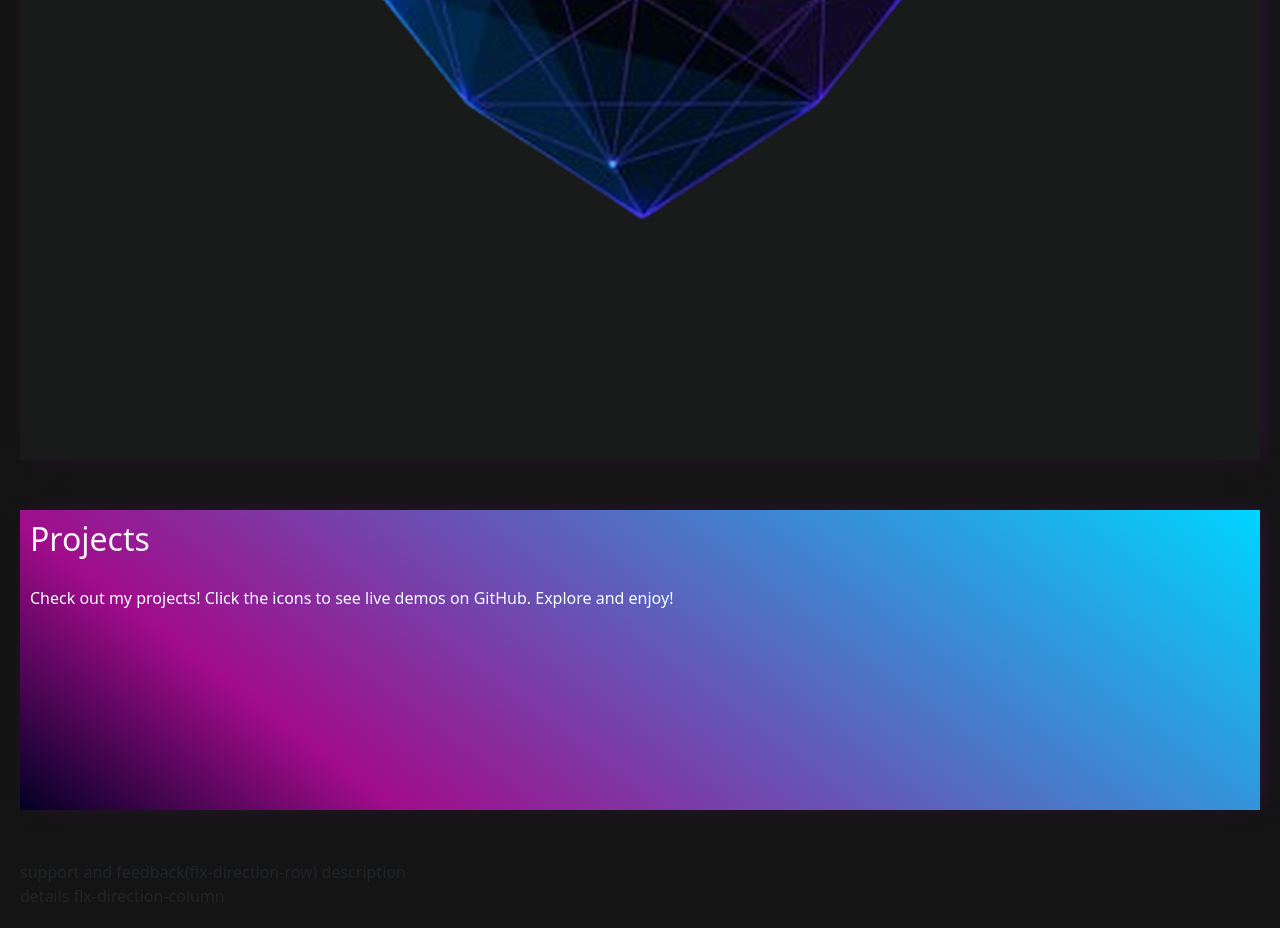
Repository: Sebastiand22/portfolio
Page: index.html
These files come from the project's save history. The page is drawn as it stood at one moment and after a run of saves; the edit follows.
The browser window is 1280 px wide. The pictures show the part of the page from y = 2712 to 3664 px (the page is 3640 px tall before and 3664 px after).

Above is the page before, as saved 2024-09-15 00:57:48.

After the next 5 saves:
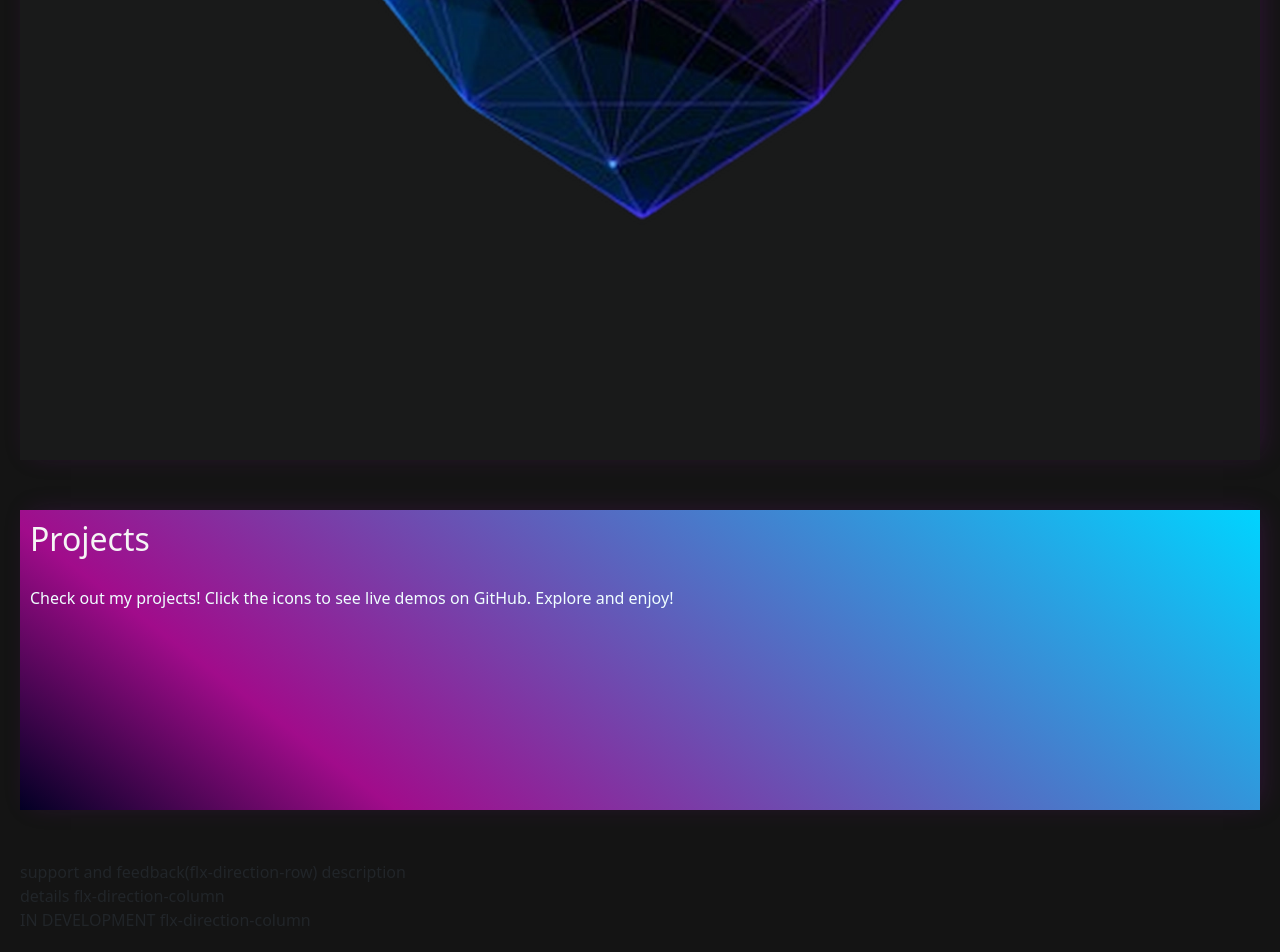
The 5 saves are shown as one change because they came seconds apart.
The last was saved 11 s later.
--- a/index.html
+++ b/index.html
@@ -217,7 +217,9 @@
           <div> details
             flx-direction-column
           </div>
-
+          <div>IN DEVELOPMENT
+            flx-direction-column
+          </div>
 
 
         </div>
